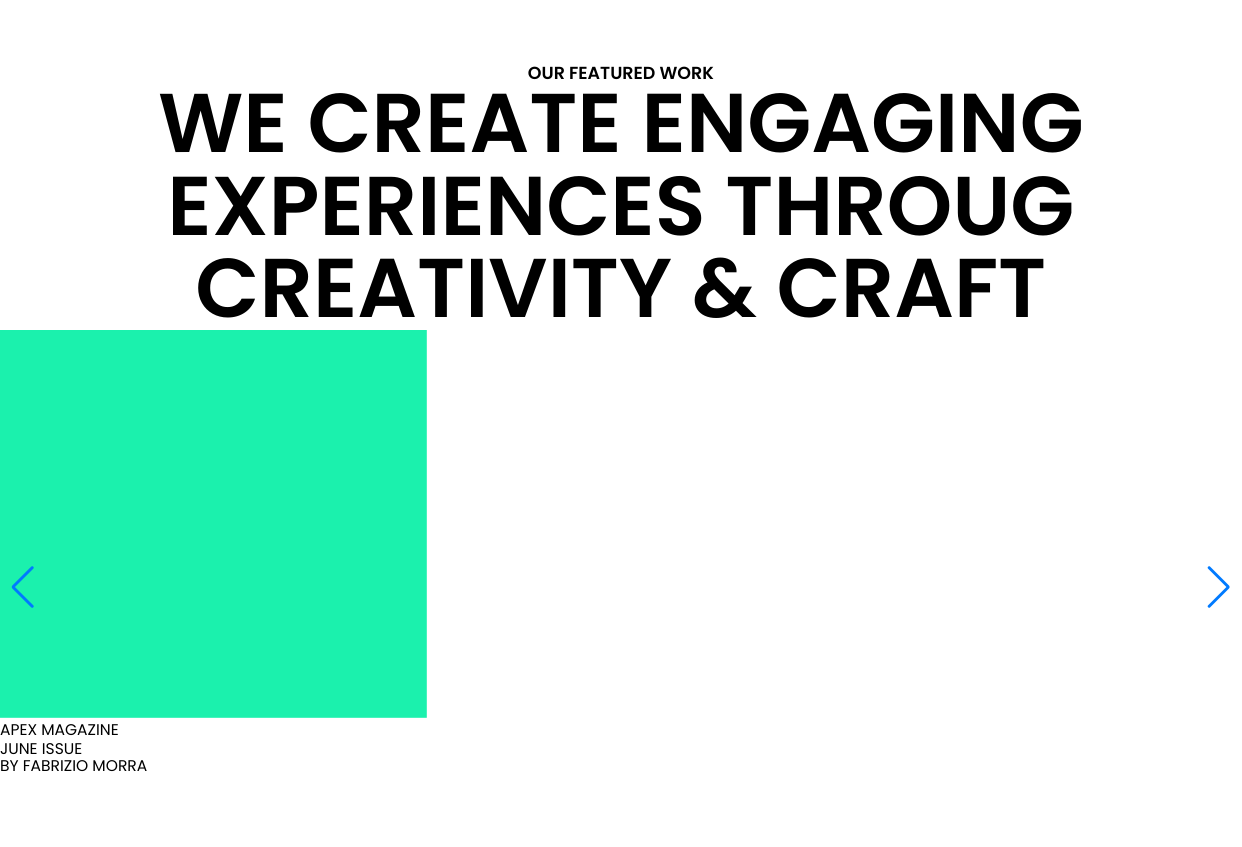
Repository: NastyaGavrilova/Beetroot-js
Page: HW10/index.html
An editor plug-in stored every save of this project. The page is shown before and after the next save, followed by the edit.
The browser window is 1280 px wide. The pictures show the whole page, at 97% of full size.

Above is the page before, as saved 2021-10-31 05:45:09.

After the next save:
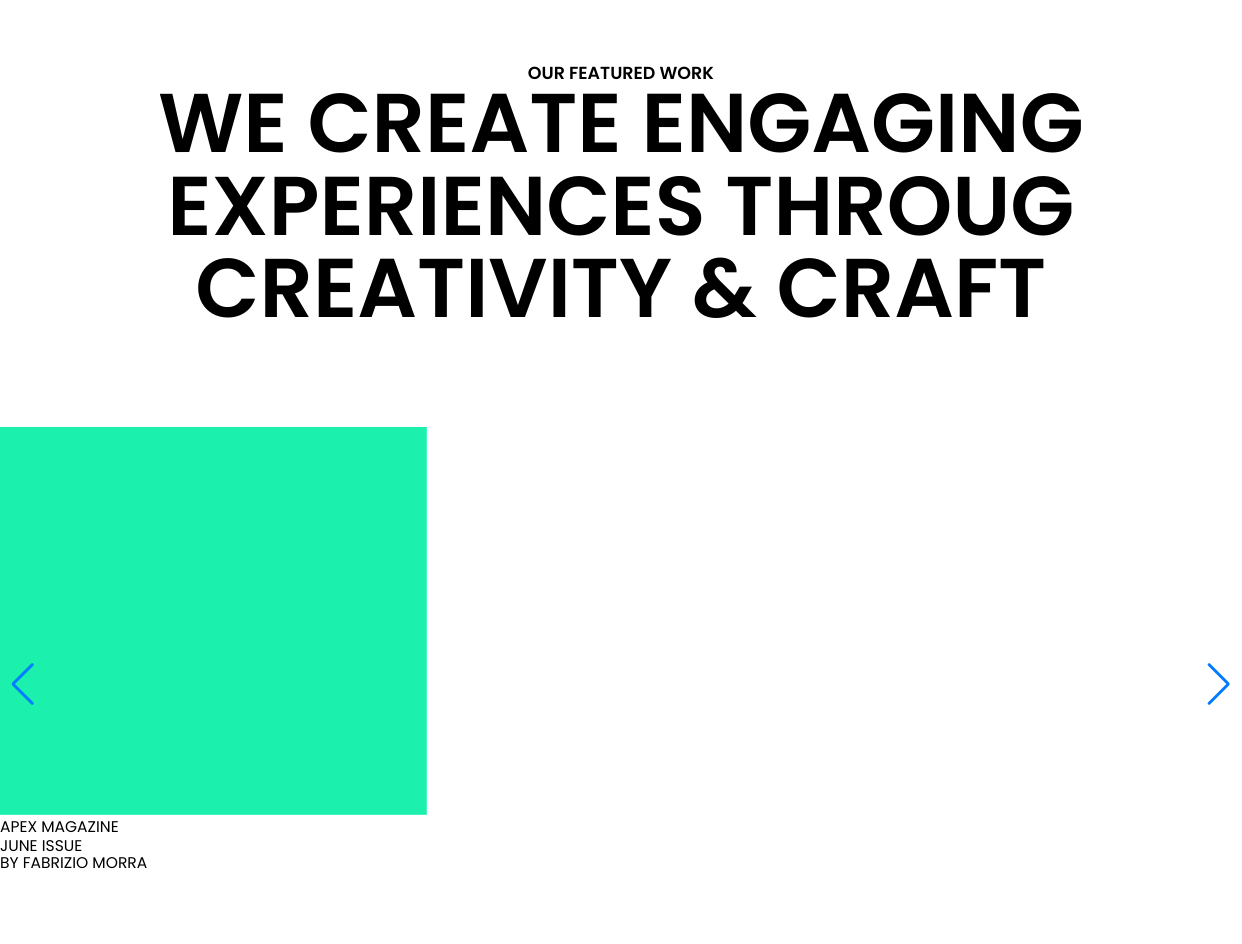
Saved 61 s later.
--- a/HW10/index.css
+++ b/HW10/index.css
@@ -11,7 +11,7 @@ body {
 }
 
 .c-header__wrapper {
-  margin-top: 65px;
+  margin: 65px 0 100px 0;
 }
 .c-header__title {
   max-width: 1030px;
